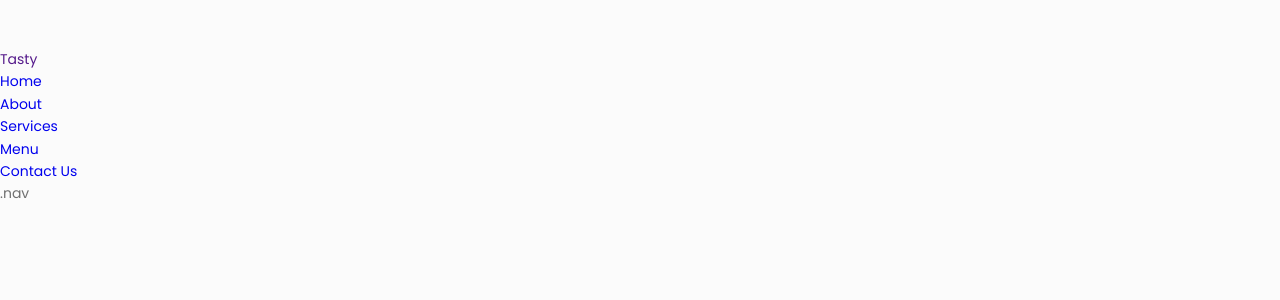
Repository: dinhhaidh/Tasty
Page: index.html
These files come from the project's save history. The page is drawn as it stood at one moment and after the next save; the edit follows.
The browser window is 1280 px wide. The pictures show the whole page.

Above is the page before, as saved 2023-12-30 20:50:32.

After the next save:
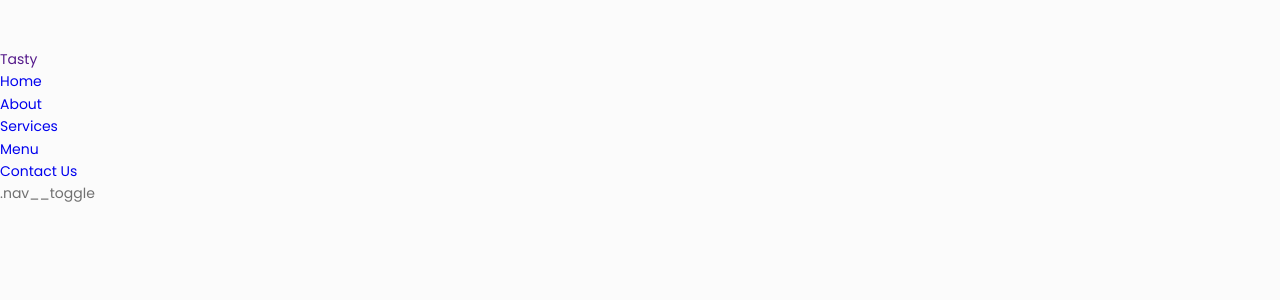
Saved 4 s later.
--- a/index.html
+++ b/index.html
@@ -21,7 +21,7 @@
                     <li class="nav__item"><a href="#contact" class="nav__link">Contact Us</a></li>
                 </ul>
             </div>
-            .nav
+            .nav__toggle
         </nav>
     </header>
     <header class="l-main"></header>
